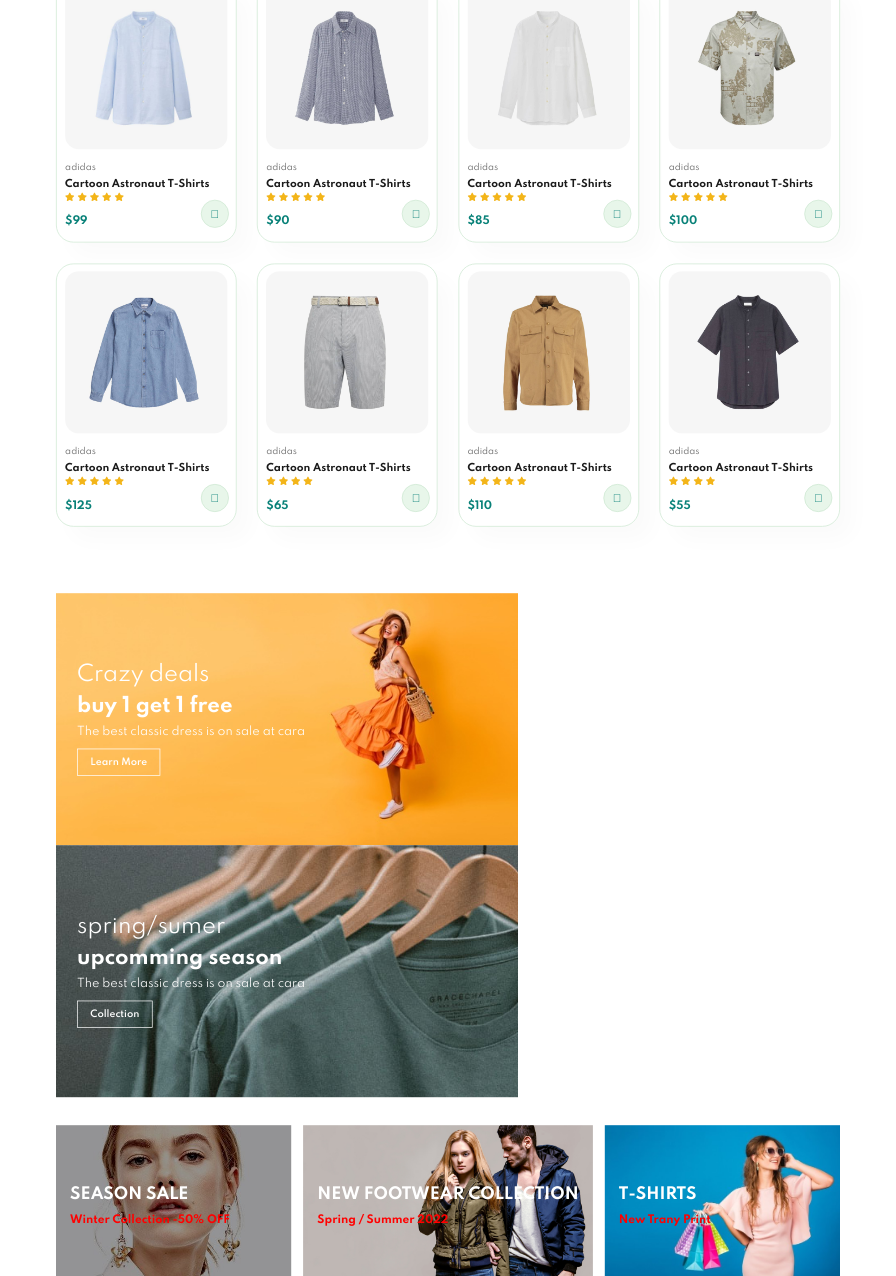
Repository: MinhNhatIT2901/Ecommerce
Page: index.html
These files come from the project's save history. The page is drawn as it stood at one moment and after the next save; the edit follows.
The browser window is 1280 px wide. The pictures show the part of the page from y = 2639 to 4559 px (the page is 4462 px tall before and 4559 px after), at 70% of full size.
Some web libraries are served in a nearby version.

Above is the page before, as saved 2022-01-08 15:21:58.

### index.html
<!DOCTYPE html>
<html lang="en">
<head>
    <meta charset="UTF-8">
    <meta http-equiv="X-UA-Compatible" content="IE=edge">
    <meta name="viewport" content="width=device-width, initial-scale=1.0">
    <title>Ecommerce</title>
    <link rel="stylesheet" href="https://pro.fontawesome.com/releases/v5.10.0/css/all.css" integrity="sha384-AYmEC3Yw5cVb3ZcuHtOA93w35dYTsvhLPVnYs9eStHfGJvOvKxVfELGroGkvsg+p" crossorigin="anonymous"/>
    <link rel="stylesheet" href="style.css">
</head>
<body>

    <section id="header">
        <a href="">
            <img src="imgs/img/logo.png" alt="" class="logo">
        </a>
        <div>
            <ul id="navbar">
                <li><a class="active" href="index.html">Home</a></li>
                <li><a href="shop.html">Shop</a></li>
                <li><a href="blog.html">Blog</a></li>
                <li><a href="about.html">About</a></li>
                <li><a href="contact.html">Contact</a></li>
                <li><a href="cart.html"><i class="far fa-shopping-bag"></i></a></li>
            </ul>
        </div>
    </section>

    <section id="hero">
        <h4>Trade-in-offer</h4>
        <h2>Super value deals</h2>
        <h1>On all products</h1>
        <p>Save more with coupons & up to 70% off! </p>
        <button>Shop now</button>
    </section>

    <section id="feature" class="section-p1">
        <div class="fe-box">
            <img src="imgs/img/features/f1.png" alt="">
            <h6>Free Shopping</h6>
        </div>
        <div class="fe-box">
            <img src="imgs/img/features/f2.png" alt="">
            <h6>Online Order</h6>
        </div>
        <div class="fe-box">
            <img src="imgs/img/features/f3.png" alt="">
            <h6>Save Money</h6>
        </div>
        <div class="fe-box">
            <img src="imgs/img/features/f4.png" alt="">
            <h6>Promotions</h6>
        </div>
        <div class="fe-box">
            <img src="imgs/img/features/f5.png" alt="">
            <h6>Happy Sell</h6>
        </div>
        <div class="fe-box">
            <img src="imgs/img/features/f6.png" alt="">
            <h6>F24/7 Support</h6>
        </div>
    </section>

    <section id="product1" class="section-p1">
        <h2>Featured Products</h2>
        <p>Summer Collection New Moreden Designer</p>
        <div class="pro-container">
            <div class="pro">
                <img src="imgs/img/products/f1.jpg" alt="">
                <div class="des">
                    <span>adidas</span>
                    <h5>Cartoon Astronaut T-Shirts</h5>
                    <div class="star">
                        <i class="fas fa-star"></i>
                        <i class="fas fa-star"></i>
                        <i class="fas fa-star"></i>
                        <i class="fas fa-star"></i>
                        <i class="fas fa-star"></i>
                    </div>
                    <h4>$99</h4>
                </div>
                <a href="#"><i class="fal fa-shopping-cart cart"></i></a>
            </div>
            <div class="pro">
                <img src="imgs/img/products/f2.jpg" alt="">
                <div class="des">
                    <span>adidas</span>
                    <h5>Cartoon Astronaut T-Shirts</h5>
                    <div class="star">
                        <i class="fas fa-star"></i>
                        <i class="fas fa-star"></i>
                        <i class="fas fa-star"></i>
                        <i class="fas fa-star"></i>
                        <i class="fas fa-star"></i>
                    </div>
                    <h4>$90</h4>
                </div>
                <a href="#"><i class="fal fa-shopping-cart cart"></i></a>
            </div>
            <div class="pro">
                <img src="imgs/img/products/f3.jpg" alt="">
                <div class="des">
                    <span>adidas</span>
                    <h5>Cartoon Astronaut T-Shirts</h5>
                    <div class="star">
                        <i class="fas fa-star"></i>
                        <i class="fas fa-star"></i>
                        <i class="fas fa-star"></i>
                        <i class="fas fa-star"></i>
                        <i class="fas fa-star"></i>
                    </div>
                    <h4>$85</h4>
                </div>
                <a href="#"><i class="fal fa-shopping-cart cart"></i></a>
            </div>
            <div class="pro">
                <img src="imgs/img/products/f4.jpg" alt="">
                <div class="des">
                    <span>adidas</span>
                    <h5>Cartoon Astronaut T-Shirts</h5>
                    <div class="star">
                        <i class="fas fa-star"></i>
                        <i class="fas fa-star"></i>
                        <i class="fas fa-star"></i>
                        <i class="fas fa-star"></i>
                        <i class="fas fa-star"></i>
                    </div>
                    <h4>$100</h4>
                </div>
                <a href="#"><i class="fal fa-shopping-cart cart"></i></a>
            </div>
            <div class="pro">
                <img src="imgs/img/products/f5.jpg" alt="">
                <div class="des">
                    <span>adidas</span>
                    <h5>Cartoon Astronaut T-Shirts</h5>
                    <div class="star">
                        <i class="fas fa-star"></i>
                        <i class="fas fa-star"></i>
                        <i class="fas fa-star"></i>
                        <i class="fas fa-star"></i>
                        <i class="fas fa-star"></i>
                    </div>
                    <h4>$125</h4>
                </div>
                <a href="#"><i class="fal fa-shopping-cart cart"></i></a>
            </div>
            <div class="pro">
                <img src="imgs/img/products/f6.jpg" alt="">
                <div class="des">
                    <span>adidas</span>
                    <h5>Cartoon Astronaut T-Shirts</h5>
                    <div class="star">
                        <i class="fas fa-star"></i>
                        <i class="fas fa-star"></i>
                        <i class="fas fa-star"></i>
                        <i class="fas fa-star"></i>
                    </div>
                    <h4>$65</h4>
                </div>
                <a href="#"><i class="fal fa-shopping-cart cart"></i></a>
            </div>
            <div class="pro">
                <img src="imgs/img/products/f7.jpg" alt="">
                <div class="des">
                    <span>adidas</span>
                    <h5>Cartoon Astronaut T-Shirts</h5>
                    <div class="star">
                        <i class="fas fa-star"></i>
                        <i class="fas fa-star"></i>
                        <i class="fas fa-star"></i>
                        <i class="fas fa-star"></i>
                        <i class="fas fa-star"></i>
                    </div>
                    <h4>$110</h4>
                </div>
                <a href="#"><i class="fal fa-shopping-cart cart"></i></a>
            </div>
            <div class="pro">
                <img src="imgs/img/products/f8.jpg" alt="">
                <div class="des">
                    <span>adidas</span>
                    <h5>Cartoon Astronaut T-Shirts</h5>
                    <div class="star">
                        <i class="fas fa-star"></i>
                        <i class="fas fa-star"></i>
                        <i class="fas fa-star"></i>
                        <i class="fas fa-star"></i>
                    </div>
                    <h4>$55</h4>
                </div>
                <a href="#"><i class="fal fa-shopping-cart cart"></i></a>
            </div>
        </div>
    </section>

    <section id="banner" class="section-m1">
        <h4>Repair Services </h4>
        <h2>Up to <span>70% Off</span> All t-Shirts & Accessoriesk </h2>
        <button class="normal">Explore More</button>
    </section>

    <section id="product1" class="section-p1">
        <h2>New Arrivals</h2>
        <p>Summer Collection New Moreden Designer</p>
        <div class="pro-container">
            <div class="pro">
                <img src="imgs/img/products/n1.jpg" alt="">
                <div class="des">
                    <span>adidas</span>
                    <h5>Cartoon Astronaut T-Shirts</h5>
                    <div class="star">
                        <i class="fas fa-star"></i>
                        <i class="fas fa-star"></i>
                        <i class="fas fa-star"></i>
                        <i class="fas fa-star"></i>
                        <i class="fas fa-star"></i>
                    </div>
                    <h4>$99</h4>
                </div>
                <a href="#"><i class="fal fa-shopping-cart cart"></i></a>
            </div>
            <div class="pro">
                <img src="imgs/img/products/n2.jpg" alt="">
                <div class="des">
                    <span>adidas</span>
                    <h5>Cartoon Astronaut T-Shirts</h5>
                    <div class="star">
                        <i class="fas fa-star"></i>
                        <i class="fas fa-star"></i>
                        <i class="fas fa-star"></i>
                        <i class="fas fa-star"></i>
                        <i class="fas fa-star"></i>
                    </div>
                    <h4>$90</h4>
                </div>
                <a href="#"><i class="fal fa-shopping-cart cart"></i></a>
            </div>
            <div class="pro">
                <img src="imgs/img/products/n3.jpg" alt="">
                <div class="des">
                    <span>adidas</span>
                    <h5>Cartoon Astronaut T-Shirts</h5>
                    <div class="star">
                        <i class="fas fa-star"></i>
                        <i class="fas fa-star"></i>
                        <i class="fas fa-star"></i>
                        <i class="fas fa-star"></i>
                        <i class="fas fa-star"></i>
                    </div>
                    <h4>$85</h4>
                </div>
                <a href="#"><i class="fal fa-shopping-cart cart"></i></a>
            </div>
            <div class="pro">
                <img src="imgs/img/products/n4.jpg" alt="">
                <div class="des">
                    <span>adidas</span>
                    <h5>Cartoon Astronaut T-Shirts</h5>
                    <div class="star">
                        <i class="fas fa-star"></i>
                        <i class="fas fa-star"></i>
                        <i class="fas fa-star"></i>
                        <i class="fas fa-star"></i>
                        <i class="fas fa-star"></i>
                    </div>
                    <h4>$100</h4>
                </div>
                <a href="#"><i class="fal fa-shopping-cart cart"></i></a>
            </div>
            <div class="pro">
                <img src="imgs/img/products/n5.jpg" alt="">
                <div class="des">
                    <span>adidas</span>
                    <h5>Cartoon Astronaut T-Shirts</h5>
                    <div class="star">
                        <i class="fas fa-star"></i>
                        <i class="fas fa-star"></i>
                        <i class="fas fa-star"></i>
                        <i class="fas fa-star"></i>
                        <i class="fas fa-star"></i>
                    </div>
                    <h4>$125</h4>
                </div>
                <a href="#"><i class="fal fa-shopping-cart cart"></i></a>
            </div>
            <div class="pro">
                <img src="imgs/img/products/n6.jpg" alt="">
                <div class="des">
                    <span>adidas</span>
                    <h5>Cartoon Astronaut T-Shirts</h5>
                    <div class="star">
                        <i class="fas fa-star"></i>
                        <i class="fas fa-star"></i>
                        <i class="fas fa-star"></i>
                        <i class="fas fa-star"></i>
                    </div>
                    <h4>$65</h4>
                </div>
                <a href="#"><i class="fal fa-shopping-cart cart"></i></a>
            </div>
            <div class="pro">
                <img src="imgs/img/products/n7.jpg" alt="">
                <div class="des">
                    <span>adidas</span>
                    <h5>Cartoon Astronaut T-Shirts</h5>
                    <div class="star">
                        <i class="fas fa-star"></i>
                        <i class="fas fa-star"></i>
                        <i class="fas fa-star"></i>
                        <i class="fas fa-star"></i>
                        <i class="fas fa-star"></i>
                    </div>
                    <h4>$110</h4>
                </div>
                <a href="#"><i class="fal fa-shopping-cart cart"></i></a>
            </div>
            <div class="pro">
                <img src="imgs/img/products/n8.jpg" alt="">
                <div class="des">
                    <span>adidas</span>
                    <h5>Cartoon Astronaut T-Shirts</h5>
                    <div class="star">
                        <i class="fas fa-star"></i>
                        <i class="fas fa-star"></i>
                        <i class="fas fa-star"></i>
                        <i class="fas fa-star"></i>
                    </div>
                    <h4>$55</h4>
                </div>
                <a href="#"><i class="fal fa-shopping-cart cart"></i></a>
            </div>
        </div>
    </section>

    <section id="sm-banner" class="section-p1">
        <div class="banner-box">
            <h4>Crazy deals</h4>
            <h2>buy 1 get 1 free</h2>
            <span>The best classic dress is on sale at cara</span>
            <button class="white">Learn More</button>
        </div>
        <div class="banner-box banner-box2">
            <h4>spring/sumer</h4>
            <h2>upcomming season</h2>
            <span>The best classic dress is on sale at cara</span>
            <button class="white">Collection</button>
        </div>
    </section>

    <section id="banner3">
        <div class="banner-box">
            <h2>SEASON SALE</h2>
            <h3>Winter Collection -50% OFF</h3>
        </div>
        <div class="banner-box banner-box2">
            <h2>NEW FOOTWEAR COLLECTION</h2>
            <h3>Spring / Summer 2022</h3>
        </div>
        <div class="banner-box banner-box3">
            <h2>T-SHIRTS</h2>
            <h3>New Trany Print</h3>
        </div>
    </section>
    <script src="style.js"></script>
</body>
</html>

### style.css
@import url("https://fonts.googleapis.com/css2?family=Poppins:wght@400;500;600;700&family=Spartan:wght@400;500;600;700&display=swap");

:root {
  --primary-color: #088178;
}
* {
  padding: 0;
  margin: 0;
  box-sizing: border-box;
  font-family: "Spartan", sans-serif;
}

h1 {
  font-size: 50px;
  line-height: 64px;
  color: #222;
}

h2 {
  font-size: 46px;
  line-height: 54px;
  color: #222;
}

h4 {
  font-size: 20px;
  color: #222;
}

h6 {
  font-weight: 700;
  font-size: 12px;
}

p {
  font-size: 16px;
  color: #465b52;
  margin: 15px 0 20px 0;
}

.section-p1 {
  padding: 40px 80px;
}

.section-m1 {
  margin: 40px 0;
}

button.normal {
  font-size: 14px;
  font-weight: 600;
  padding: 15px 30px;
  color: #000;
  background-color: #fff;
  cursor: pointer;
  border-radius: 4px;
  outline: none;
  transition: 0.25s;
  border: none;
}

button.white {
  font-size: 13px;
  font-weight: 600;
  padding: 11px 18px;
  color: #fff;
  background-color: transparent;
  cursor: pointer;
  outline: none;
  transition: 0.25s;
  border: 1px solid #fff;
  transition: 0.25s ease;
}

body {
  width: 100%;
}

/* Header */
#header {
  display: flex;
  align-items: center;
  justify-content: space-between;
  padding: 20px 80px;
  background: #e3e6f3;
  box-shadow: 0 5px 15px rgba(0, 0, 0, 0.06);
  z-index: 100;
  position: sticky;
  top: 0;
  left: 0;
}

#navbar {
  display: flex;
  align-items: center;
  justify-content: center;
}

#navbar li {
  list-style: none;
  padding: 0 20px;
  position: relative;
}

#navbar li a {
  text-decoration: none;
  font-size: 16px;
  font-weight: 600;
  color: #1a1a1a;
  transition: 0.25s ease;
}

#navbar li a:hover,
#navbar li a.active {
  color: var(--primary-color);
}

#navbar li a.active::after {
  content: "";
  width: 30%;
  height: 2px;
  position: absolute;
  bottom: -4px;
  left: 20px;
  background: var(--primary-color);
}

/* Page home */
#hero {
  background-image: url("imgs/img/hero4.png");
  height: 90vh;
  width: 100%;
  background-position: top 25% right 0;
  background-size: cover;
  padding: 0 80px;
  display: flex;
  align-items: flex-start;
  justify-content: center;
  flex-direction: column;
}

#hero h4 {
  padding-bottom: 15px;
}

#hero h1 {
  color: var(--primary-color);
}

#hero button {
  background-image: url("imgs/img/button.png");
  background-color: transparent;
  color: var(--primary-color);
  border: 0;
  padding: 14px 80px 14px 65px;
  background-repeat: no-repeat;
  font-weight: 700;
  font-size: 15px;
}

#feature {
  display: flex;
  align-items: center;
  justify-content: space-between;
  flex-wrap: wrap;
}

#feature .fe-box {
  width: 180px;
  text-align: center;
  padding: 25px 15px;
  box-shadow: 20px 20px 34px rgba(0, 0, 0, 0.03);
  border: 1px solid #cce7d0;
  border-radius: 4px;
  margin: 15px 0;
}

#feature .fe-box:hover {
  box-shadow: 10px 10px 54px rgba(70, 62, 221, 0.1);
  cursor: pointer;
}

#feature .fe-box img {
  width: 100%;
  margin-bottom: 10px;
}

#feature .fe-box h6 {
  padding: 9px 8px 6px 8px;
  line-height: 1;
  border-radius: 4px;
  color: #088178;
  background-color: #fddde4;
}

#feature .fe-box:nth-child(2) h6 {
  background-color: #cdebbc;
}

#feature .fe-box:nth-child(3) h6 {
  background-color: #d1e8f2;
}

#feature .fe-box:nth-child(4) h6 {
  background-color: #cdd4f8;
}

#feature .fe-box:nth-child(5) h6 {
  background-color: #f6dbf6;
}

#feature .fe-box:nth-child(6) h6 {
  background-color: #fff2e5;
}

#product1 {
  text-align: center;
}

#product1 .pro-container {
  display: flex;
  justify-content: space-between;
  padding-top: 20px;
  flex-wrap: wrap;
}

#product1 .pro {
  width: 23%;
  min-width: 250px;
  padding: 10px 12px;
  border: 1px solid #cce7d0;
  border-radius: 25px;
  cursor: pointer;
  box-shadow: 20px 20px 30px rgba(0, 0, 0, 0.02);
  margin: 15px 0;
  transition: 0.25s ease-in;
  position: relative;
}

#product1 .pro:hover {
  box-shadow: 20px 20px 30px rgba(0, 0, 0, 0.06);
}

#product1 .pro img {
  width: 100%;
  border-radius: 20px;
}

#product1 .pro .des {
  text-align: start;
  padding: 10px 0;
}

#product1 .pro .des span {
  color: #606060;
  font-size: 12px;
}

#product1 .pro .des h5 {
  padding-top: 7px;
  color: #1a1a1a;
  font-size: 14px;
}

#product1 .pro .des i {
  font-size: 12px;
  color: rgb(243, 181, 25);
}

#product1 .pro .des h4 {
  padding-top: 17px;
  font-size: 15px;
  font-weight: 700;
  color: var(--primary-color);
}

#product1 .pro .cart {
  width: 40px;
  height: 40px;
  line-height: 40px;
  border-radius: 50px;
  background-color: #e8f6ea;
  color: var(--primary-color);
  border: 1px solid #cce7d0;
  right: 10px;
  position: absolute;
  bottom: 20px;
}

#banner {
  display: flex;
  flex-direction: column;
  justify-content: center;
  align-items: center;
  text-align: center;
  background-image: url("imgs/img/banner/b2.jpg");
  width: 100%;
  height: 40vh;
  background-size: cover;
  background-position: center;
}

#banner h4 {
  color: #fff;
  font-size: 16px;
}

#banner h2 {
  color: #fff;
  font-size: 30px;
  padding: 10px 0;
}

#banner h2 span {
  color: #ef3636;
}

#banner button:hover {
  background-color: var(--primary-color);
  color: #fff;
}

#sm-banner {
  display: flex;
  justify-content: space-between;
  flex-wrap: wrap;
}

#sm-banner .banner-box {
  display: flex;
  flex-direction: column;
  justify-content: center;
  align-items: flex-start;
  background-image: url("imgs/img/banner/b17.jpg");
  min-width: 660px;
  height: 50vh;
  background-size: cover;
  background-position: center;
  padding: 30px;
}

#sm-banner h4 {
  color: #fff;
  font-size: 30px;
  font-weight: 300;
}

#sm-banner h2 {
  color: #fff;
  font-size: 28px;
  font-weight: 800;
}

#sm-banner span {
  color: #fff;
  font-size: 16px;
  font-weight: 300;
  padding-bottom: 15px;
}

#sm-banner .banner-box:hover button {
  background: var(--primary-color);
  border: 1px solid var(--primary-color);
}

#sm-banner .banner-box2 {
  background-image: url("imgs/img/banner/b10.jpg");
}

#banner3 {
  display: flex;
  justify-content: space-between;
  flex-wrap: wrap;
  padding: 0 80px;
}

#banner3 .banner-box {
  display: flex;
  flex-direction: column;
  justify-content: center;
  align-items: flex-start;
  background-image: url("imgs/img/banner/b7.jpg");
  min-width: 30%;
  height: 30vh;
  background-size: cover;
  background-position: center;
  padding: 20px;
}

#banner3 h2 {
  color: #fff;
  font-weight: 900;
  font-size: 22px;
}

#banner3 h3 {
  color: red;
  font-weight: 800;
  font-size: 15px;
}

#banner3 .banner-box2 {
  background-image: url("imgs/img/banner/b4.jpg");
}

#banner3 .banner-box3 {
  background-image: url("imgs/img/banner/b18.jpg");
}

Loaded but not shown: style.js (no copy from this time; the picture is the same without it)

After the next save:
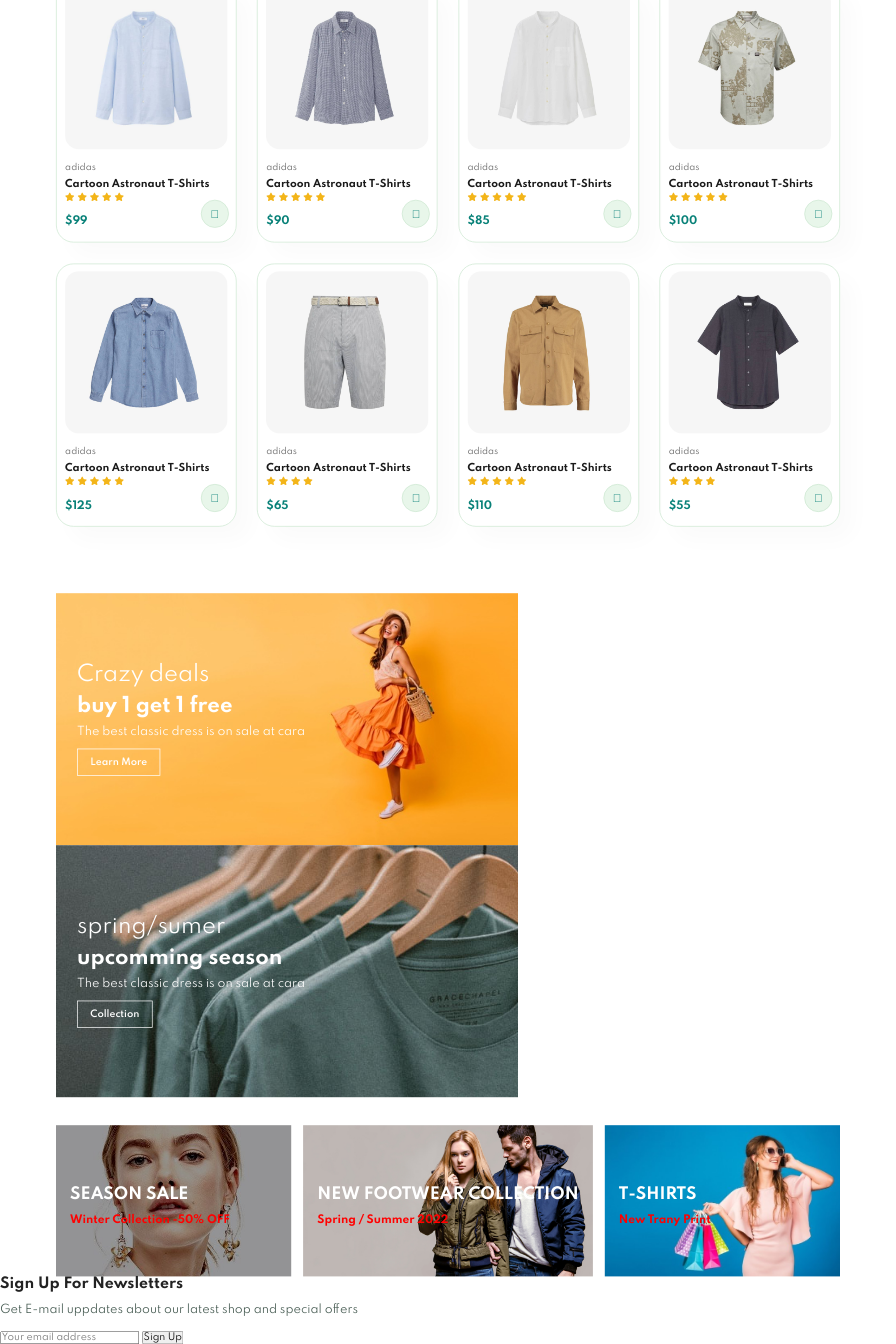
Saved 3 min 25 s later.
--- a/index.html
+++ b/index.html
@@ -362,6 +362,17 @@
             <h3>New Trany Print</h3>
         </div>
     </section>
+
+    <section id="newsletter">
+        <div class="newstext">
+            <h4>Sign Up For Newsletters</h4>
+            <p>Get E-mail uppdates about our latest shop and <span>special offers</span></p>
+        </div>
+        <div class="form">
+            <input type="text" placeholder="Your email address">
+            <button>Sign Up</button>
+        </div>
+    </section>
     <script src="style.js"></script>
 </body>
 </html>
